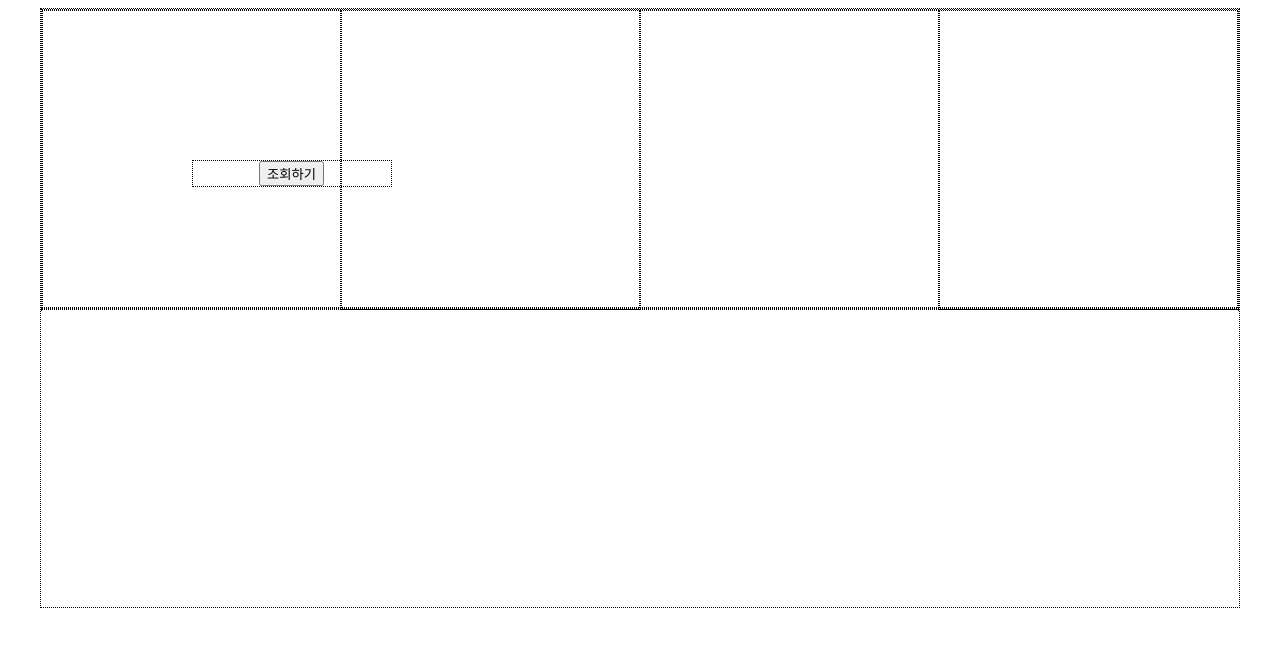
Repository: y2kim/workspace4
Page: MyBatisFramwork_07_12/WebContent/index.html
These files come from the project's save history. The page is drawn as it stood at one moment and after the next save; the edit follows.
The browser window is 1280 px wide. The pictures show the whole page.

Above is the page before, as saved 2018-07-12 01:25:12.

### MyBatisFramwork_07_12/WebContent/index.html
<!DOCTYPE html>
<html>
<head>
<meta charset="UTF-8">
<title>myBatis FrontEnd</title>
<script src="https://code.jquery.com/jquery-3.3.1.js"></script>
	<style>
		div{
			border: 1px dotted black;
			box-sizing: border-box;
		}

		#wrapper{
			width: 1200px;
			height: 600px;
			margin: 0px auto;
		}


		#line1{
			width:100%;
			height: 50%;
		}

		.exam{
			float:left;
			width: 25%;
			height: 300px;
		}
		.exam div{
			text-align: center;
			width:200px;
			margin-left: 50%;
			margin-top: 50%;
			trasnform:translate( -50%, -50%);
		}

	</style>
	<script>
		$(document).ready(function() {
			$("#selectAll").click(function(){
				$(location).attr("href","select.do");
			})
		})
	</script>

</head>
<body>
	<div id="wrapper">
		<div id="line1">
			<div id="exam01" class="exam">
				<div>
					<button id="selectAll">조회하기</button>
				</div>
			</div>
			<div id="exam02" class="exam"></div>
			<div id="exam03" class="exam"></div>
			<div id="exam04" class="exam"></div>
		</div>
		<div id="line2">
		</div>
	</div>
</body>
</html>

After the next save:
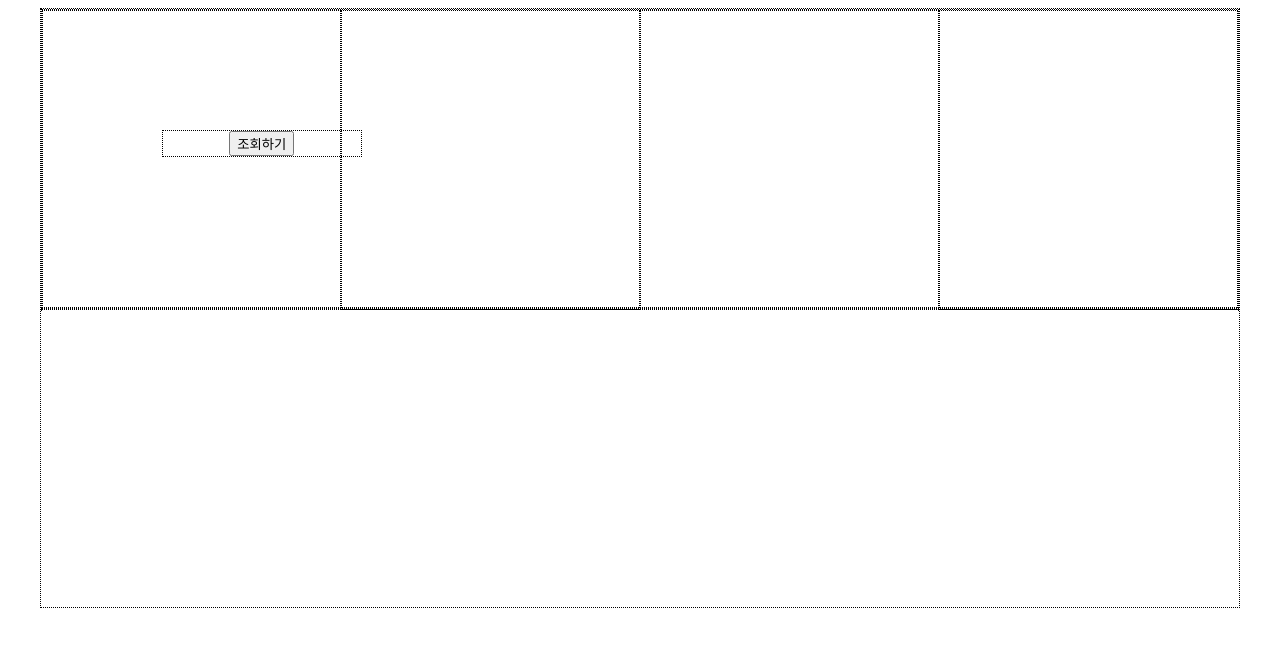
Saved 41 s later.
--- a/MyBatisFramwork_07_12/WebContent/index.html
+++ b/MyBatisFramwork_07_12/WebContent/index.html
@@ -30,9 +30,9 @@
 		.exam div{
 			text-align: center;
 			width:200px;
-			margin-left: 50%;
-			margin-top: 50%;
-			trasnform:translate( -50%, -50%);
+			margin-left: 40%;
+			margin-top: 40%;
+
 		}
 
 	</style>
